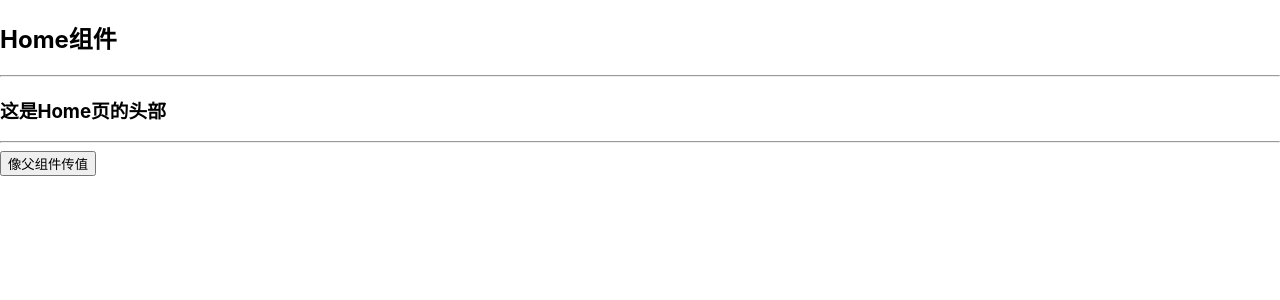
Repository: zhenzhen-gong/react-learning
Page: /news/01
The author's editor kept a copy of each file at every save. The page is drawn from the files as they stood at one save, then again after the next save.
The browser window is 1280 px wide. The pictures show the whole page.
The project was rebuilt for these pictures with package versions that can differ from the ones it lists, and the page was loaded fresh each time.

Above is the page before, as saved 2021-04-16 23:54:18.

### src/index.js
import React from 'react';
import ReactDOM from 'react-dom';
import './index.css';
import PassValue from './component/passValue/home';
import reportWebVitals from './reportWebVitals';

ReactDOM.render(
    <PassValue />,
  document.getElementById('root')
);

// If you want to start measuring performance in your app, pass a function
// to log results (for example: reportWebVitals(console.log))
// or send to an analytics endpoint. Learn more: https://bit.ly/CRA-vitals
reportWebVitals();

### src/component/passValue/home.js
import React, {Component} from 'react'
import Header from './header'


class Home extends Component {
    constructor(props) {
        super(props)
        this.state = {
            msg: "Home组件",
            title: 'Home'
        }
    }

    fartherFun = (val)=>{
      // val为子组件传过来的值
      alert(val)
    }

    render() {
        return (
            <div>
                <h2>{this.state.msg}</h2>
                <hr />
                <Header title={this.state.title} childFun={this.fartherFun} home={this}/>
            </div>
        )
    }
}

export default Home

### src/component/passValue/header.js
import React, {Component} from 'react'

class Header extends Component {
    constructor(props) {
        super(props)
        this.state = {
            msg: ""
        }
    }
   // 调用父组件的方法
    fun = ()=>{
      this.props.childFun("爸爸，我是你的孩子")
    }

    render() {
        return (
            <div>
                <h3>这是{this.props.title}页的头部</h3>
                <hr />
                <button type="button" onClick={this.fun}>像父组件传值</button>
            </div>
        )
    }
}

export default Header

Loaded but not shown: public/index.html (common file); src/index.css (common file); src/reportWebVitals.js (common file)

After the next save:
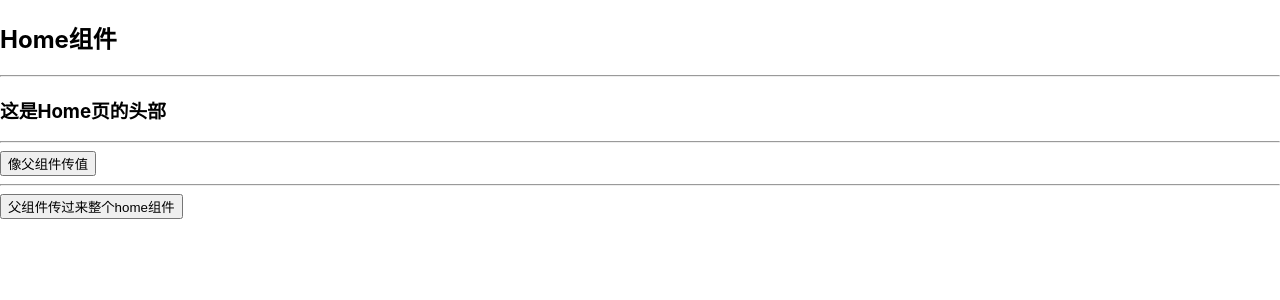
Saved 67 s later.
--- a/src/component/passValue/header.js
+++ b/src/component/passValue/header.js
@@ -18,6 +18,8 @@ class Header extends Component {
                 <h3>这是{this.props.title}页的头部</h3>
                 <hr />
                 <button type="button" onClick={this.fun}>像父组件传值</button>
+                <hr/>
+                <button type="button" onClick={this.home}>父组件传过来整个home组件</button>
             </div>
         )
     }
